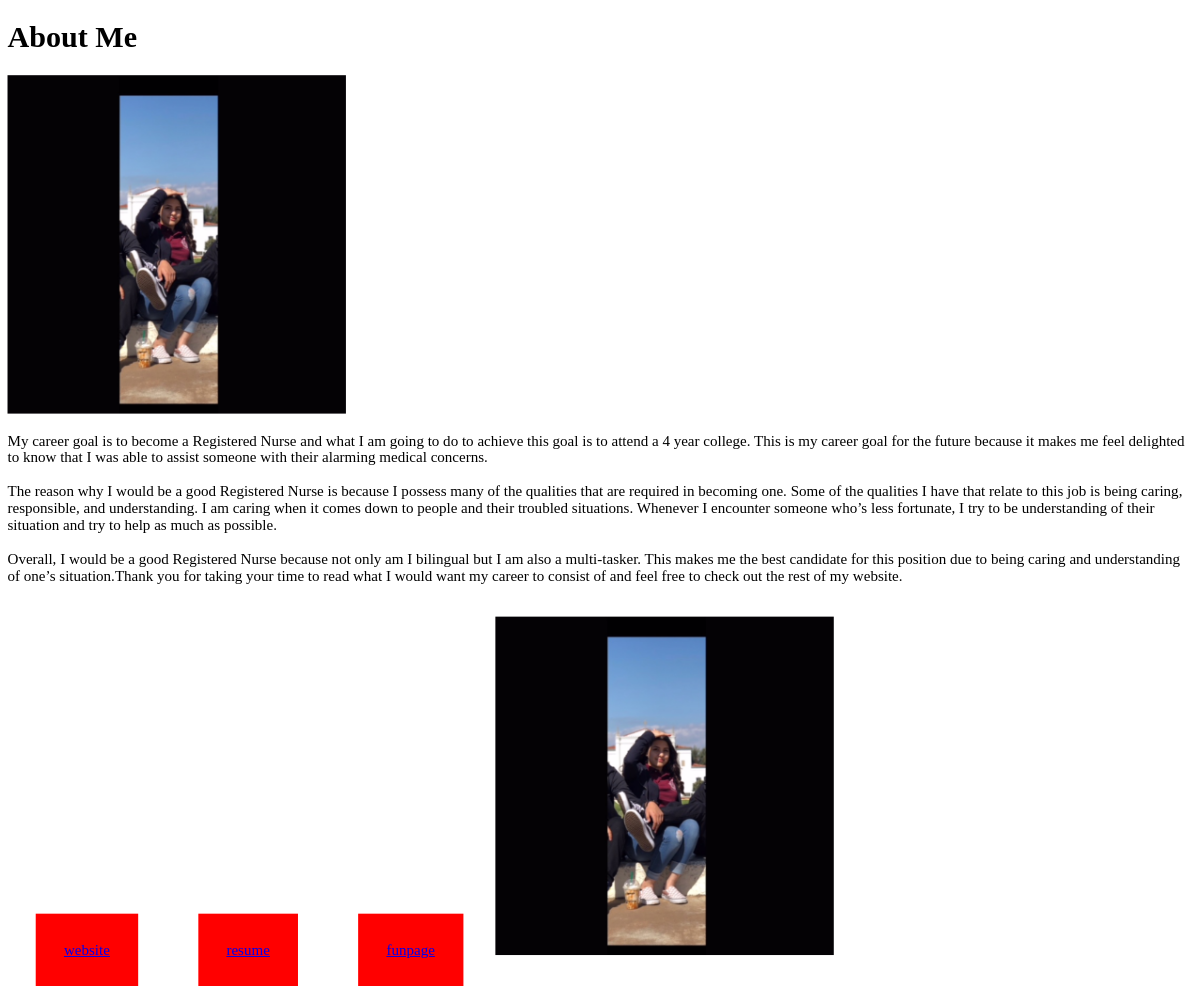
Repository: kasandrab/kasandrab.github.io
Page: aboutme.html
The author's editor kept a record of every edit. The page is drawn from the files as they stood at one moment, then again after the next edit.
The browser window is 1280 px wide. The pictures show the whole page, at 94% of full size.

Above is the page before.

### aboutme.html
<!DOCTYPE html>
<html>
<head>
  <title>About Me</title>
  <meta charset="utf-8"/>
  <link rel="stylesheet" type="text/css" href="style.css">
</head>
<h1>About Me</h1>

<img src="image.JPG"

<body>
<p>My career goal is to become a Registered Nurse and what I am going to do to achieve this goal is to attend a 4 year college. This is my career goal for the future because it makes me feel delighted to know that I was able to assist someone with their alarming medical concerns.<br /> <br />


The reason why I would be a good Registered Nurse is because I possess many of the qualities that are required in becoming one. Some of the qualities I have that relate to this job is being caring, responsible, and understanding. I am caring when it comes down to people and their troubled situations. Whenever I encounter someone who’s less fortunate, I try to be understanding of their situation and try to help as much as possible.<br /> <br />


Overall, I would be a good Registered Nurse because not only am I bilingual but I am also a multi-tasker. This makes me the best candidate for this position due to being caring and understanding of one’s situation.Thank you for taking your time to read what I would want my career to consist of and feel free to check out the rest of my website.<br /> <br />

</p>


    <a href="index.html"> website</a>
    <a href="resume.html">resume</a>
    <a href="funpage.html">funpage</a>


     <img src="image.JPG"

   </html>

### style.css

a {
    padding:30px;
    margin:30px;
    background-color: red;
}

After the next edit:
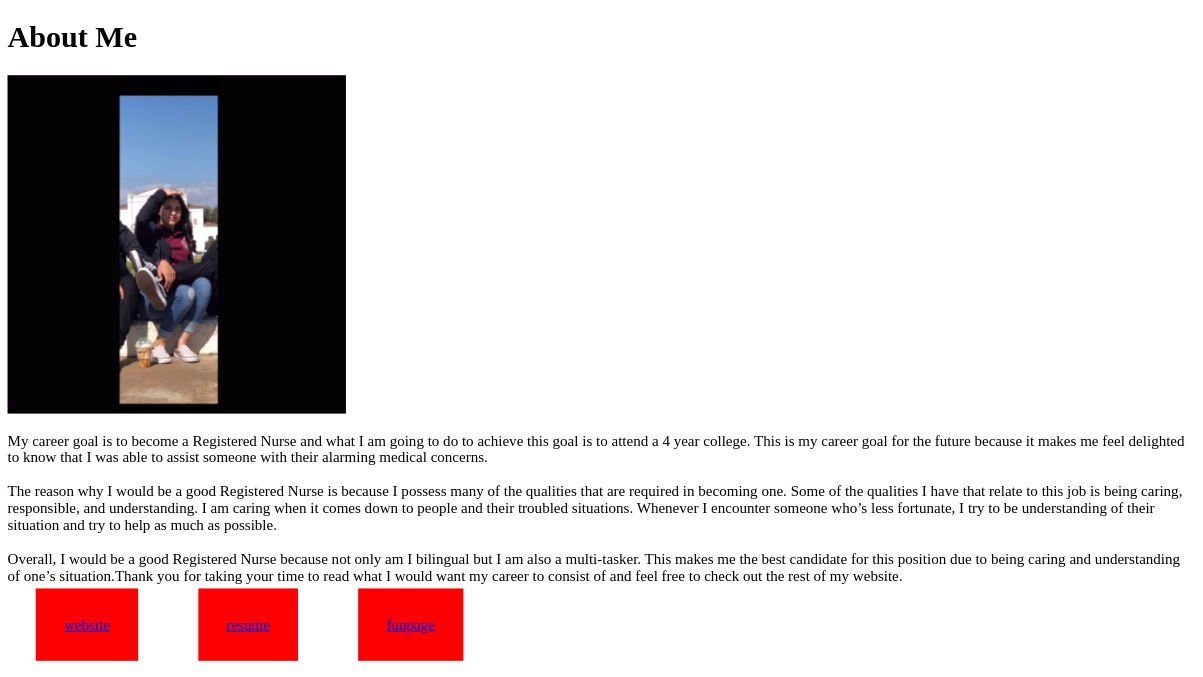
The edit:
--- a/aboutme.html
+++ b/aboutme.html
@@ -26,6 +26,5 @@
     <a href="funpage.html">funpage</a>
 
 
-     <img src="image.JPG"
 
    </html>
